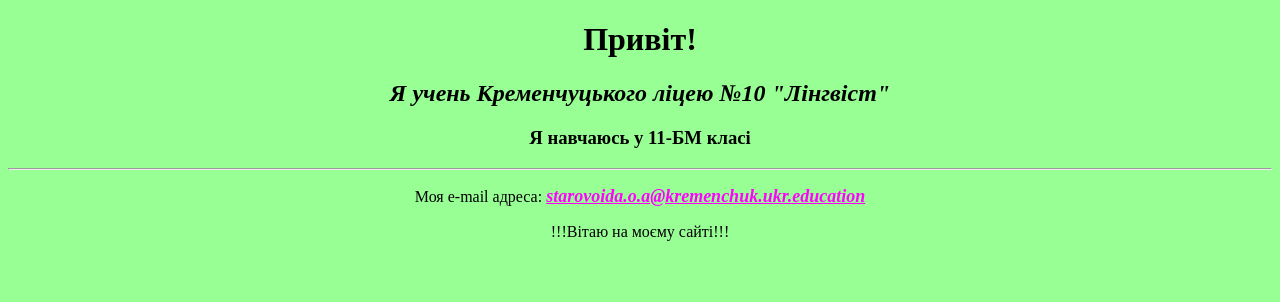
Repository: alexandrastarovoyda-star/homework_info
Page: pr3/html/pr3.html
The author's editor kept a copy of each file at every save. The page is drawn from the files as they stood at one save, then again after the next save.
The browser window is 1280 px wide. The pictures show the whole page.

Above is the page before, as saved 2026-01-28 11:44:28.

After the next save:
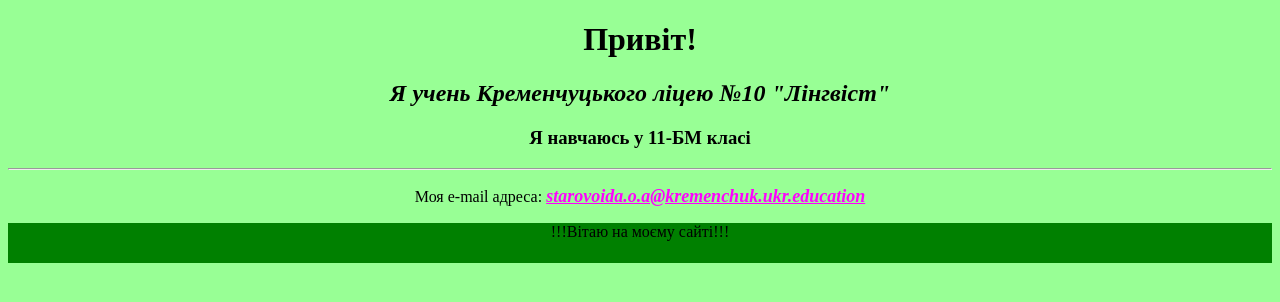
Saved 2 min 2 s later.
--- a/pr3/css/main.css
+++ b/pr3/css/main.css
@@ -17,3 +17,9 @@
     font-weight: bold;
     font-size: 18px;
 }
+
+.marquee {
+    background-color: green;
+    width: 100%;
+    height: 40px;
+}
